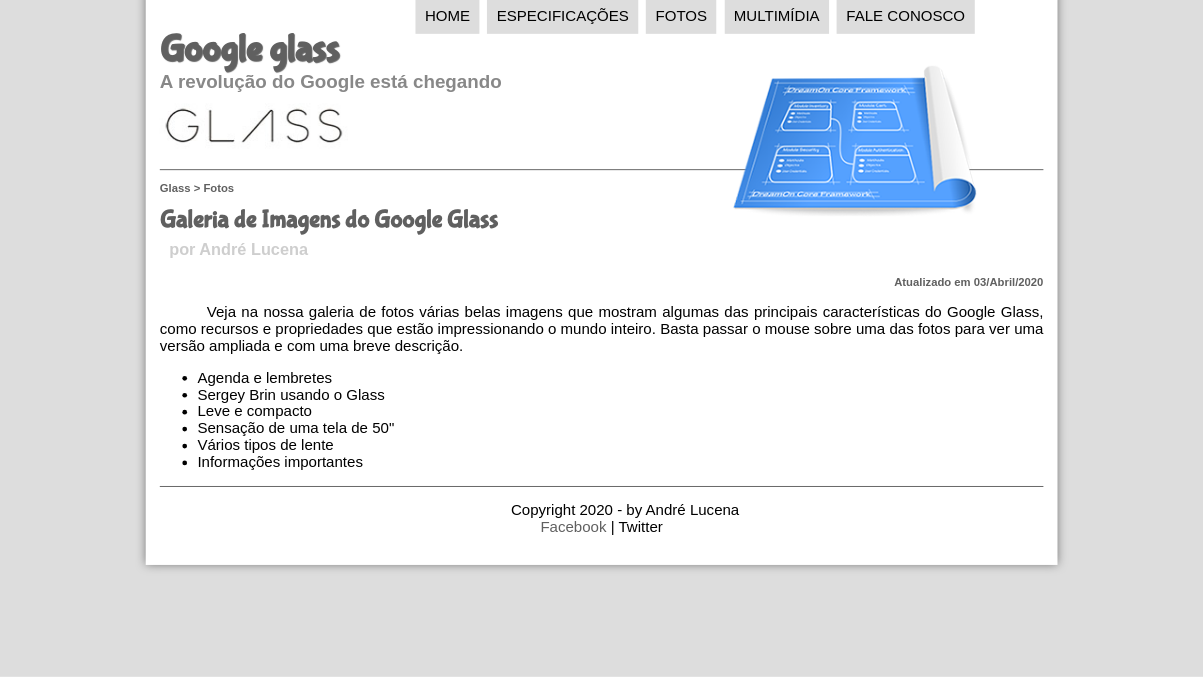
Repository: andre-lucena/Segundo-projeto
Page: fotos.html
The author's editor kept a copy of each file at every save. The page is drawn from the files as they stood at one save, then again after the next save.
The browser window is 1280 px wide. The pictures show the whole page, at 94% of full size.
Some web fonts or font styles are not loaded; a fallback is used.

Above is the page before, as saved 2020-08-08 23:44:51.

After the next save:
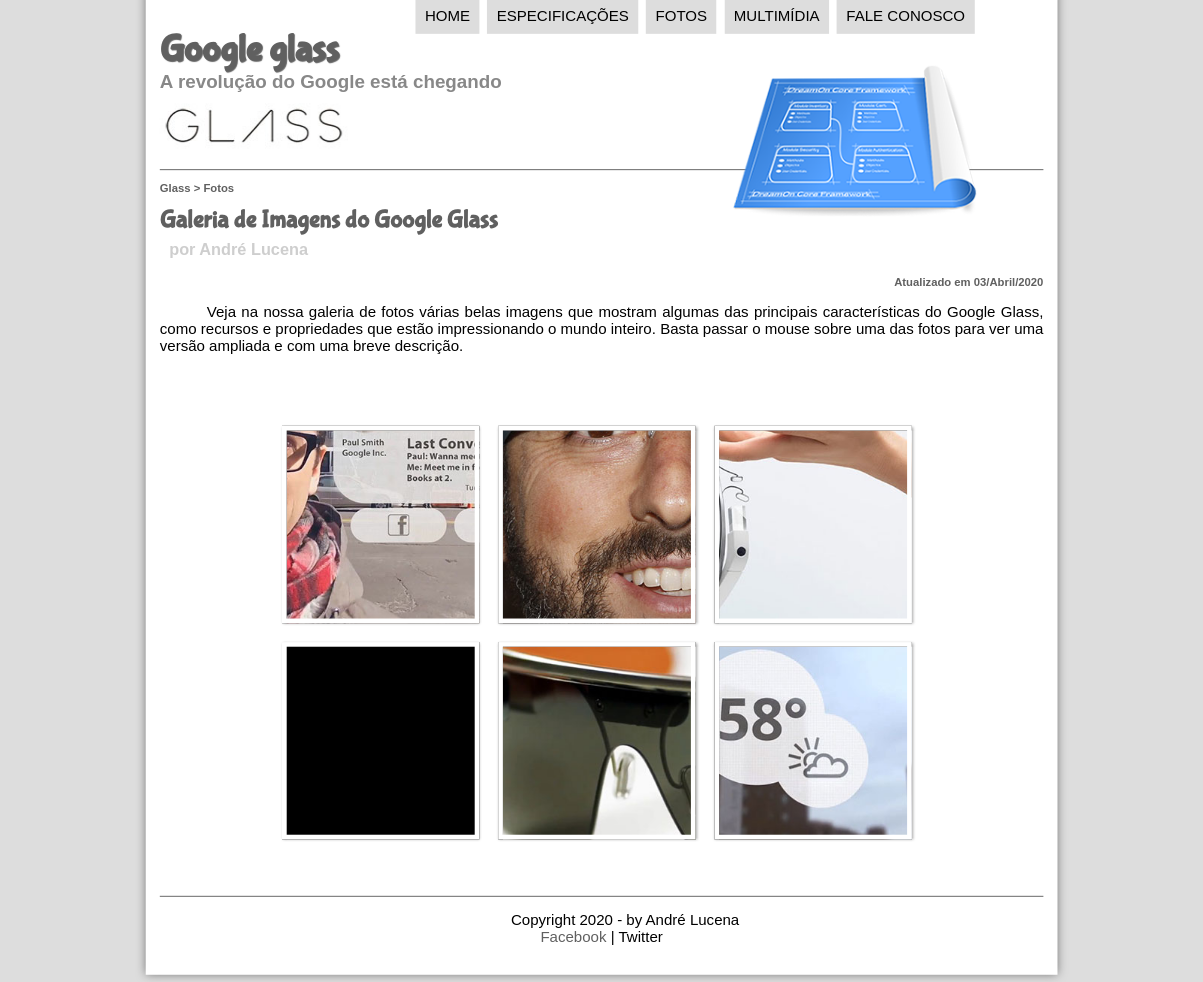
Not found: css/imagens/galeria-04.jpg
Saved 76 s later.
--- a/fotos.html
+++ b/fotos.html
@@ -6,6 +6,7 @@
     <meta name="viewport" content="width=device-width, initial-scale=1.0">
     <title>Tudo sobre o Google glass</title>
     <link rel="stylesheet" href="css/estilo.css">
+    <link rel="stylesheet" href="css/fotos.css">
 </head>
 <script lang="javasript" src="javascript/funcoes.js"></script>
 

After the save that followed:
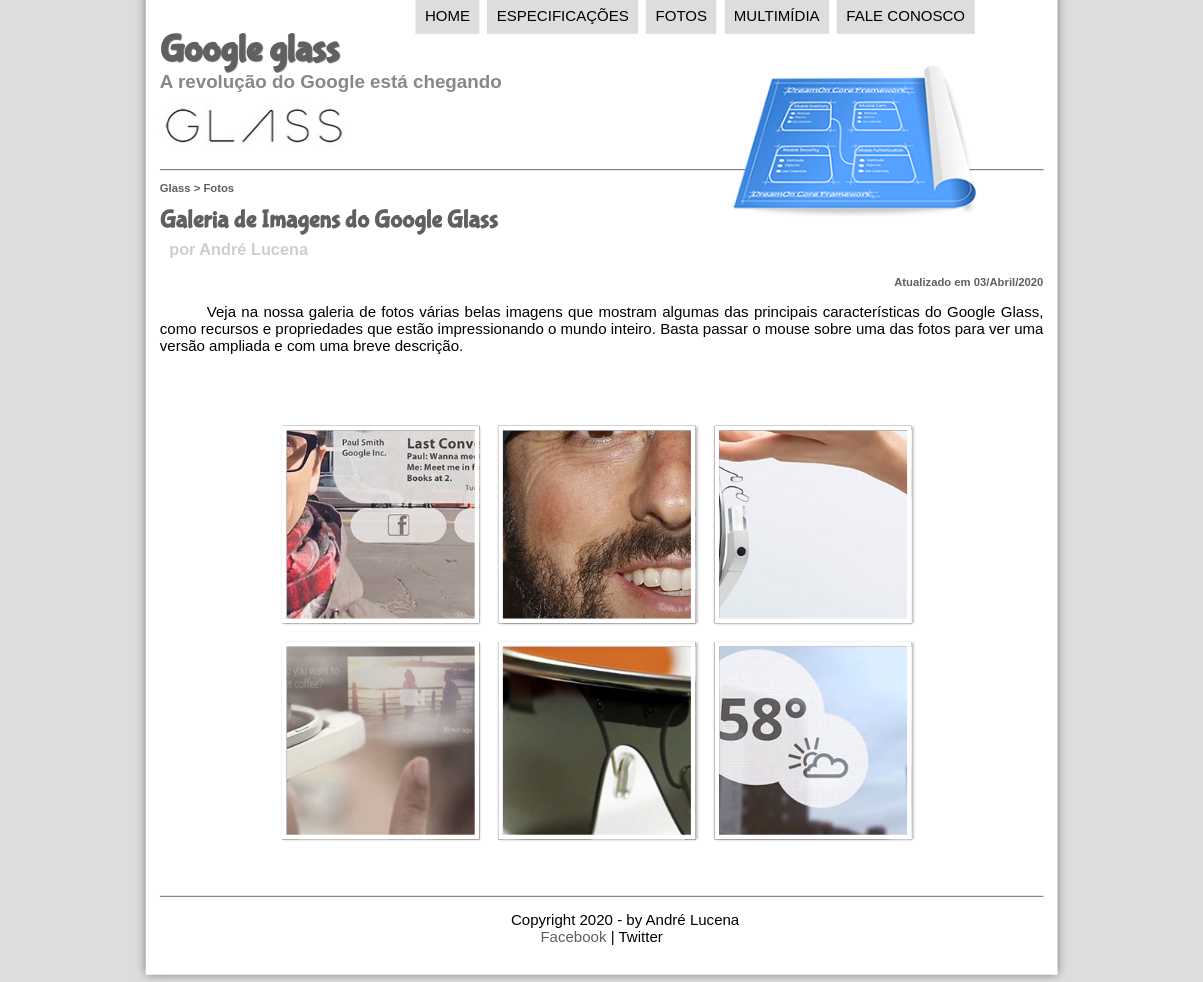
Saved 38 s later.
--- a/css/fotos.css
+++ b/css/fotos.css
@@ -73,7 +73,7 @@
 }
 
 ul#album-fotos li#foto04 {
-    background: url("imagens/galeria-04.jpg") no-repeat;
+    background: url("../imagens/galeria-04.jpg") no-repeat;
     background-position: 50% 50%;
     background-size: 400px 400px;
     background-color: #000000;
